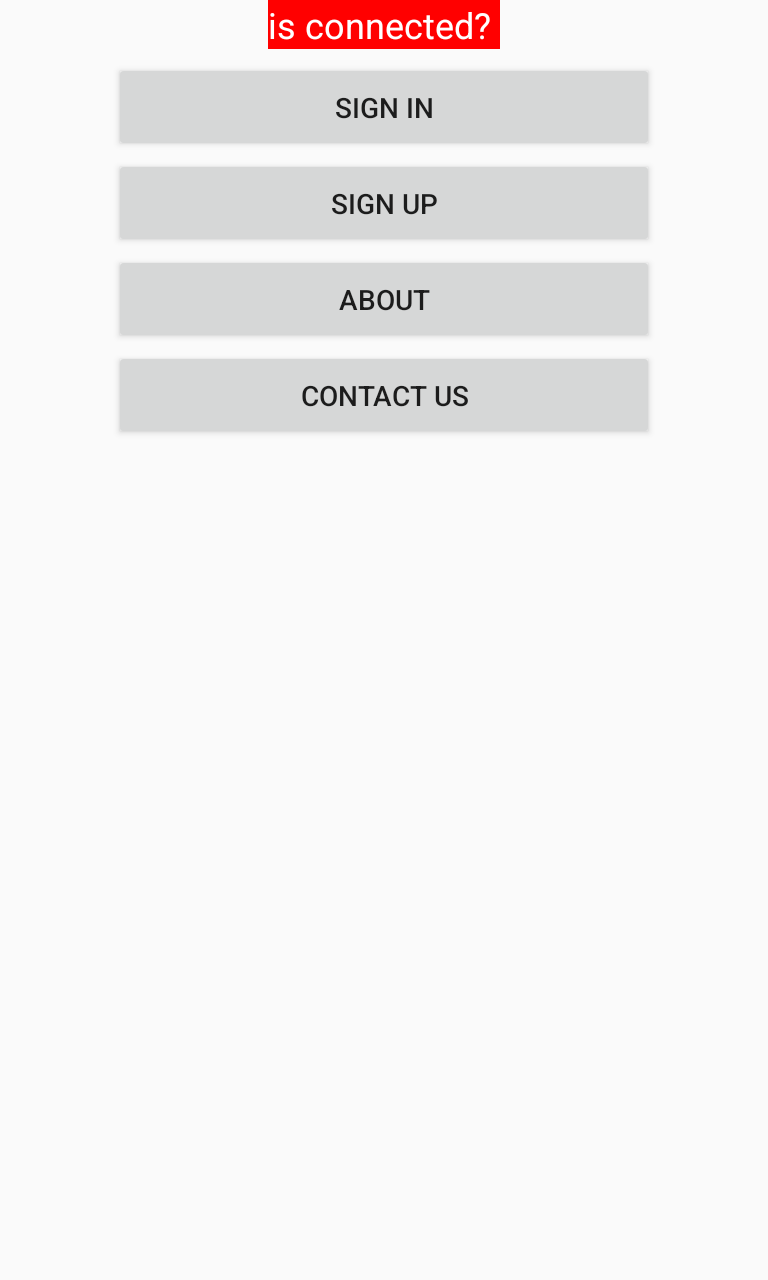
Repository: HAYKEL88/MASTER2_PFE
Layout: PFE_ANDROID/res/layout/activity_welcome_user.xml
An editor plug-in stored every save of this project. The layout is shown before and after the next save, followed by the edit.
It is drawn on a 768 x 1280 px phone screen (xhdpi) without system bars, with theme AppTheme; the app's code is not run.

Above is the layout before, as saved 2014-12-20 14:14:20.

After the next save:
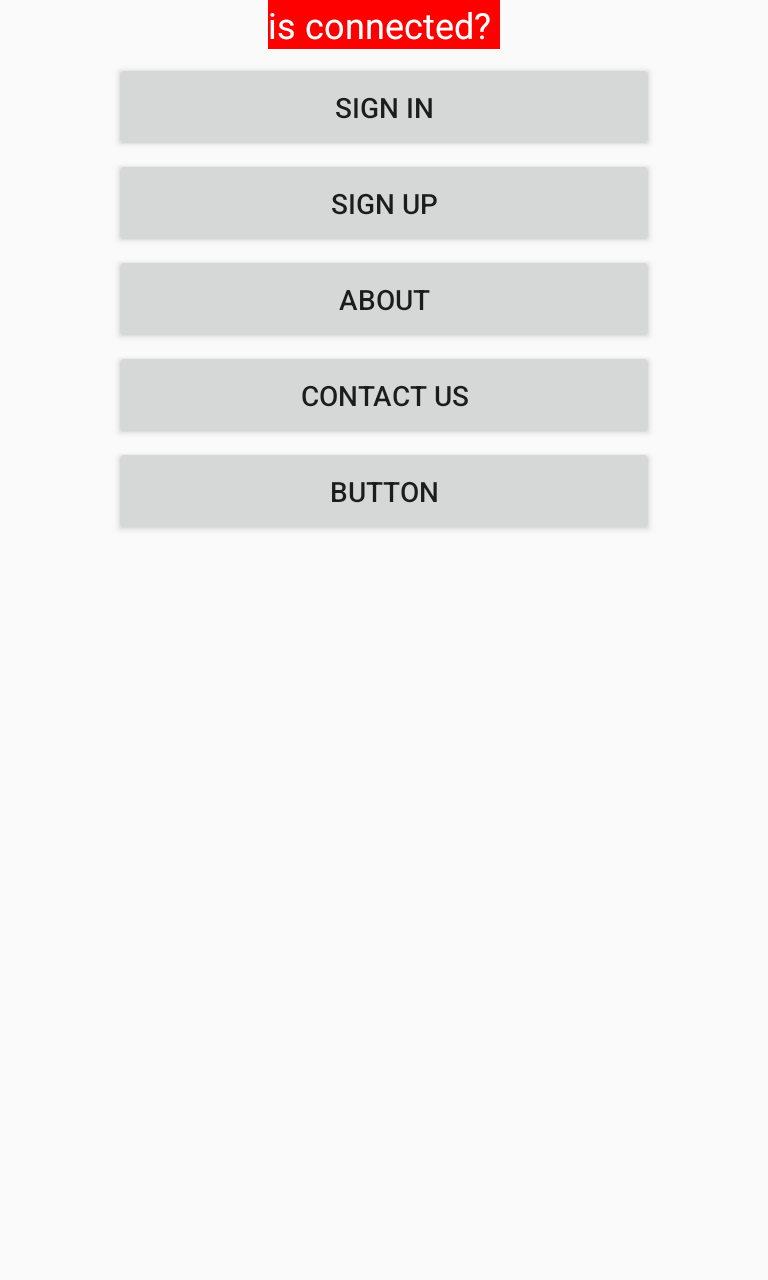
Saved 93 s later.
--- a/PFE_ANDROID/res/layout/activity_welcome_user.xml
+++ b/PFE_ANDROID/res/layout/activity_welcome_user.xml
@@ -16,7 +16,7 @@
         android:textSize="18dp" />
 
     <Button
-        android:id="@+id/registration"
+        android:id="@+id/updateProfile"
         android:layout_width="272dp"
         android:layout_height="wrap_content"
         android:layout_gravity="center_horizontal"
@@ -24,7 +24,7 @@
         android:onClick="signIn"/>
 
     <Button
-        android:id="@+id/usersList"
+        android:id="@+id/addObjectif"
         android:layout_width="272dp"
         android:layout_height="wrap_content"
         android:layout_gravity="center_horizontal"
@@ -32,7 +32,7 @@
         android:onClick="signUp"/>
 
     <Button
-        android:id="@+id/button1"
+        android:id="@+id/showObjectifs"
         android:layout_width="272dp"
         android:layout_height="wrap_content"
         android:layout_gravity="center_horizontal"
@@ -40,18 +40,18 @@
         android:onClick="about"/>
 
     <Button
-        android:id="@+id/button2"
+        android:id="@+id/sendReclamation"
         android:layout_width="272dp"
         android:layout_height="wrap_content"
         android:layout_gravity="center_horizontal"
         android:text="@string/button_contactUs"
         android:onClick="contactUs"/>
 
-
-
-
-
-
-
+    <Button
+        android:id="@+id/Sicknesses"
+        android:layout_width="272dp"
+        android:layout_height="wrap_content"
+        android:layout_gravity="center_horizontal"
+        android:text="Button" />
 
 </LinearLayout>
